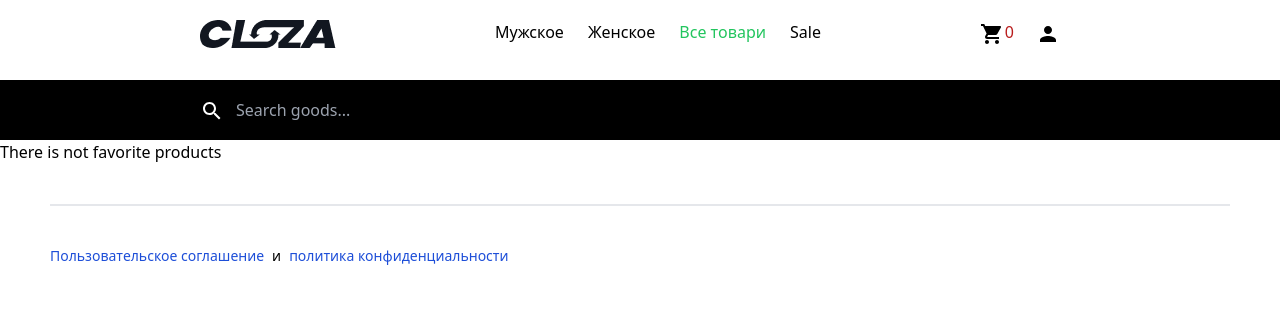
Repository: Ivan-Dovgoniuk/clothes-shop-front-end
Page: /favorite
An editor plug-in stored every save of this project. The page is shown before and after the next save, followed by the edit.
The browser window is 1280 px wide. The pictures show the whole page.
The page's requests for data from a server got no answer. The project was rebuilt for these pictures with package versions that can differ from the ones it lists, and the page was loaded fresh each time. No one was signed in, and anything a server would have sent is missing. Also part of the build but not shown: src/hooks/checkProductStatus.hook.ts, src/hooks/productStatusEditor.hook.ts, src/Components/ProductItem/ProductItem.tsx, src/Pages/ProductPage/components/Products/Products.tsx, src/Pages/CategoriesPage/components/SideBarFilters/CategoryFilter.tsx, src/Pages/CategoriesPage/components/SideBar/SideBarMobile.tsx, src/Pages/CategoriesPage/components/SideBar/SideBar.tsx, src/Pages/CategoriesPage/Categories.tsx and 17 more. Imported but missing from the stored project, and not drawn on this page: src/Pages/CategoriesPage/components/SideBarFilters/ColorFilter, src/Pages/CategoriesPage/components/SideBarFilters/PriceFilter, src/Pages/CategoriesPage/components/SideBarFilters/SizeFilter.

Above is the page before, as saved 2023-01-18 18:47:40.

### src/App.tsx
import Footer from './Components/Footer/Footer';
import Header from './Components/Header/Header';
import Categories from './Pages/CategoriesPage/Categories';
import Home from './Pages/HomePage/Home';
import ProductPage from './Pages/ProductPage/ProductPage';
import Cart from './Pages/CartPage/Cart'

import { Routes, Route } from 'react-router-dom';
import AddProductPage from './Pages/AddProductPage/AddProductPage';
import { useEffect} from 'react';
import { useDispatch, useSelector } from 'react-redux';
import { AppDispatch, RootState } from './store';
import { getUser } from './slices/userSlice';
import { useAddFullCartMutation} from './api/userApi';
import AuthController from './HOC/AuthController';
import FavoriteProducts from './Pages/FavoriteProductsPage/FavoriteProducts';



function App() {

    const auth = useSelector((state:RootState)=>state.user.auth)
    const dispatch = useDispatch<AppDispatch>();
    const cart = useSelector((state:RootState)=>state.user.cart)

    const [addFullCart] = useAddFullCartMutation()


    useEffect(()=>{
      if(auth){
        dispatch(getUser())
        if(cart.length !==0){
          addFullCart({products_id:cart})
        }
      }
    },[auth])

  return (
    <>
      <Header/>
      <Routes>
        <Route path='/' element={<Home/>}/>
        <Route path='/categories' element={<Categories/>}/>
        <Route path='/product/:id' element={<ProductPage/>}/>
        <Route path='/cart' element={

                  <AuthController>
                      <Cart/>
                  </AuthController>
        }/>
        <Route path='/addproduct' element={<AddProductPage/>}/>
        <Route path='/favorite' element={<FavoriteProducts/>}/>
      </Routes>
      <Footer/>
    </>

  );
}

export default App;

### src/store/index.ts
import { configureStore } from '@reduxjs/toolkit';
import  products  from '../slices/productsSlice';
import  user  from '../slices/userSlice';
import { productsApi } from '../api/productsApi';
import { userApi } from '../api/userApi';

export type RootState = ReturnType<typeof store.getState>
export type AppDispatch = typeof store.dispatch

const store = configureStore({
    reducer: {products,user,[productsApi.reducerPath]: productsApi.reducer,[userApi.reducerPath]: userApi.reducer},
    middleware: getDefaultMiddleware => getDefaultMiddleware().concat(productsApi.middleware).concat(userApi.middleware),
})
export default store;

### src/Components/Footer/Footer.tsx
import React from 'react'
import { Link } from 'react-router-dom'

export default function Footer() {
  return (
    <div className='container'>
        <p className='mt-10 border-t-2 pt-10 text-xs sm:text-sm mb-10'>
            <span className='mr-2  text-blue-700'>
                <Link to="">
                    Пользовательское соглашение
                </Link>
            </span>
            <span>
                и
                <Link to="" className='ml-2 text-blue-700' >
                  политика конфиденциальности
                </Link>
            </span>
        </p>
    </div>
  )
}

### src/api/userApi.tsx
import { createApi, fetchBaseQuery } from '@reduxjs/toolkit/query/react'

export const userApi = createApi({
  reducerPath: 'userApi',
  baseQuery: fetchBaseQuery({ baseUrl: 'http://localhost:5000/' }),
  endpoints: (builder) => ({
    sendToCart: builder.mutation({
      query: (body) => ({
        url: '/addToCart',
        method: 'POST',
        body,
        headers:{
          'Content-Type':'application/json',
          "Authorization":`Bearer ${localStorage.getItem('token')}`
        },
      }),
  }),
  deleteFromCart: builder.mutation({
    query: (body) => ({
      url: '/removeFromCart',
      method: 'POST',
      body,
      headers:{
        'Content-Type':'application/json',
        "Authorization":`Bearer ${localStorage.getItem('token')}`
      },
    }),
  }),
  removeFullCart: builder.mutation({
    query: (body) => ({
      url: '/removeFullCart',
      method: 'POST',
      body,
      headers:{
        'Content-Type':'application/json',
        "Authorization":`Bearer ${localStorage.getItem('token')}`
      },
    }),
  }),
  addFullCart: builder.mutation({
    query: (body) => ({
      url: '/addFullCart',
      method: 'POST',
      body,
      headers:{
        'Content-Type':'application/json',
        "Authorization":`Bearer ${localStorage.getItem('token')}`
      },
    }),
  }),
  addToFavoriteProducts: builder.mutation({
    query: (body) => ({
      url: '/addFavoriteProduct',
      method: 'POST',
      body,
      headers:{
        'Content-Type':'application/json',
        "Authorization":`Bearer ${localStorage.getItem('token')}`
      },
    }),
  }),
  deleteFromFavoriteProducts: builder.mutation({
    query: (body) => ({
      url: '/removeFromFavorite',
      method: 'POST',
      body,
      headers:{
        'Content-Type':'application/json',
        "Authorization":`Bearer ${localStorage.getItem('token')}`
      },
    }),
  }),
  getFavorite: builder.query<any,{products_id:string[]}>({
    query: (arg) => ({
      url:`/getFavorite?products_id=${arg.products_id}`,
      headers:{
        'Content-Type':'application/json',
        "Authorization":`Bearer ${localStorage.getItem('token')}`
      }
    })
  })
})
})
export const {
  useSendToCartMutation,
  useDeleteFromCartMutation,
  useAddFullCartMutation,
  useRemoveFullCartMutation,
  useAddToFavoriteProductsMutation,
  useDeleteFromFavoriteProductsMutation,
  useGetFavoriteQuery
} = userApi;

### src/Pages/FavoriteProductsPage/FavoriteProducts.tsx
import { Skeleton } from '@mui/material'
import React from 'react'
import { useSelector } from 'react-redux'
import { useGetFavoriteQuery } from '../../api/userApi'
import { ProductItem , IProduct } from '../../Components/ProductItem/ProductItem'
import { RootState } from '../../store'

export default function FavoriteProducts() {

  const favoriteProducts = useSelector((state:RootState)=>state.user.favoriteProducts)

  const {data,isLoading,isFetching} = useGetFavoriteQuery({products_id:favoriteProducts})



  if(isLoading) return <p>Loading...</p>

  if(!data || !isLoading) return <p>There is not favorite products</p>


  return (
    <div className='container mt-10'>
        <div className='flex flex-col items-center sm:grid sm:grid-cols-3 sm:gap-6 lg:px-[150px] xl:grid-cols-5 mt-10'>
          { data.map(({
              name,
              _id,
              thumbnail,
              price,
              color,
              short_description,
              full_description,
              size,
              category,
              gender,
              sale,
              new_price,
              isNewProduct
            }:IProduct)=>{
                return(
                    <ProductItem
                      name={name}
                      _id={_id}
                      thumbnail={thumbnail}
                      price={price}
                      color={color}
                      short_description={short_description}
                      full_description={full_description}
                      size={size}
                      category={category}
                      gender={gender}
                      sale={sale}
                      new_price={new_price}
                      isNewProduct={isNewProduct}
                      isLoading={isLoading}
                      key={_id}/>
                )
            })
          }
        </div>
    </div>
  )
}

### src/slices/productsSlice.ts

import {createSlice} from "@reduxjs/toolkit";

type InitialState ={
    gender:string,
    sale:boolean
    searchField:string,
    category:string
}

 const initialState:InitialState = {
    gender:'',
    sale:false,
    searchField:'',
    category:''
}

const productsSlice = createSlice({
    name: 'products',
    initialState,
    reducers: {
        selectGender:(state,action:{payload:string})=>{
            state.gender = action.payload;
       },
       selectSale:(state,action:{payload:boolean})=>{
        state.sale = action.payload;
       },
       setSearchFieldGlobalState:(state,action:{payload:string})=>{
        state.searchField = action.payload;
       },
       setCategoryGlobalState:(state,action:{payload:string})=>{
        state.category = action.payload;
       },

    }
});

const {actions,reducer} = productsSlice;

export default reducer;
export const {
selectGender,
selectSale,
setSearchFieldGlobalState,
setCategoryGlobalState
 } = actions;

### src/api/productsApi.tsx
import { createApi, fetchBaseQuery } from '@reduxjs/toolkit/query/react'

export const productsApi = createApi({
  reducerPath: 'productsApi',
  baseQuery: fetchBaseQuery({ baseUrl: 'http://localhost:5000/' }),
  endpoints: (builder) => ({
    getProducts: builder.query<any,{limit?:Number,page?:Number,gender?:String,size?:String[],color?:String,categoryQuery?:string,price?:Number[],isNewProduct?:Boolean,sale?:Boolean,searchField?:string}>({
      query: (arg) => `getProducts?limit=${arg.limit}&page=${arg.page}&gender=${arg.gender}&size=${arg.size}&color=${arg.color}&category=${arg.categoryQuery}&price=${arg.price}&isNewProduct=${arg.isNewProduct}&sale=${arg.sale}&searchField=${arg.searchField}`
    }),
    getProduct: builder.query({
      query: (id) => `getProduct/${id}`
    }),
    getProductBySearchField: builder.query<any,{searchField:string}>({
      query: (arg) => `getProductBySearchField?searchField=${arg.searchField}`
    }),
    addProduct: builder.mutation({
      query: (body) => ({
        url: '/addProduct',
        method: 'POST',
        body,
        headers: {
        },
      }),
  }),
})
})
export const {
  useGetProductsQuery,
  useAddProductMutation,
  useGetProductQuery,
  useGetProductBySearchFieldQuery
} = productsApi;

### src/Components/UserAccountMenu/UserAccounMenu.tsx
import React from 'react';
import { useDispatch } from 'react-redux';
import {Link} from 'react-router-dom'

import { logOut } from '../../slices/userSlice';

import Button from '@mui/material/Button';
import Menu from '@mui/material/Menu';
import MenuItem from '@mui/material/MenuItem';
import PersonIcon from '@mui/icons-material/Person';







export default function UserAccountMenu() {

  const dispatch = useDispatch()

  const [anchorEl, setAnchorEl] = React.useState<null | HTMLElement>(null);
  const open = Boolean(anchorEl);

  const handleClick = (event: React.MouseEvent<HTMLButtonElement>) => {
    setAnchorEl(event.currentTarget);
  };
  const handleClose = () => {
    setAnchorEl(null);
  };

  const onLogOut =()=> {
    dispatch(logOut())
  }

  return (
    <div>
      <Button
        id="basic-button"
        style={{padding:0}}
        aria-controls={open ? 'basic-menu' : undefined}
        aria-haspopup="true"
        aria-expanded={open ? 'true' : undefined}
        onClick={handleClick}
      >
        <PersonIcon sx={{ color: "black" }}/>
      </Button>
      <Menu
        id="basic-menu"
        anchorEl={anchorEl}
        open={open}
        onClose={handleClose}
        MenuListProps={{
          'aria-labelledby': 'basic-button',
        }}
      >
        <MenuItem onClick={handleClose}>My orders</MenuItem>
        <MenuItem onClick={handleClose}><Link to="/addproduct">Add product</Link></MenuItem>
        <MenuItem onClick={handleClose}><Link to="/favorite">My favorite products</Link></MenuItem>
        <MenuItem onClick={()=>{handleClose();onLogOut()}}>Logout</MenuItem>
      </Menu>
    </div>
  );
}

### src/Components/BurgerMenu/BurgerMenu.tsx
import { Toolbar } from '@mui/material'
import IconButton from '@mui/material/IconButton';
import MenuIcon from '@mui/icons-material/Menu';
import Menu from '@mui/material/Menu';
import MenuItem from '@mui/material/MenuItem';
import React, { useState } from 'react'
import { useDispatch, useSelector } from 'react-redux';
import { RootState } from '../../store';
import { Link } from 'react-router-dom';
import { useHeaderFilters } from '../../hooks/headerFilters.hook';

export default function BurgerMenu() {


const [anchorEl, setAnchorEl] = React.useState<null | HTMLElement>(null);
  const open = Boolean(anchorEl);
  const handleClick = (event: React.MouseEvent<HTMLButtonElement>) => {
    setAnchorEl(event.currentTarget);
  };
  const handleClose = () => {
    setAnchorEl(null);
  };

    const sale = useSelector((state:RootState) => state.products.sale)

    const {onSale,onGender,onAllProducts}=useHeaderFilters(sale)

  return (
    <>
        <Toolbar sx={{padding:'0',maxWidth:'50px',width:100,display:"flex",justifyContent:"center",alignItems:'center',minHeight:0}}>
            <IconButton
                size="large"
                edge="start"
                color="inherit"
                aria-label="menu"
                sx={{ mr: 2,p:0 }}
                onClick={handleClick}
            >
                <MenuIcon />
            </IconButton>
        </Toolbar>
        <Menu
            id="basic-menu"
            anchorEl={anchorEl}
            open={open}
            onClose={handleClose}
            MenuListProps={{
            'aria-labelledby': 'basic-button',
            }}
        >
            <MenuItem onClick={handleClose}>

                        <Link to="/categories" onClick={(e)=>onGender(e.currentTarget.innerText)}>
                            Мужское
                        </Link>

            </MenuItem>
            <MenuItem onClick={handleClose}>

                        <Link to="/categories" onClick={(e)=>onGender(e.currentTarget.innerText)}>
                            Женское
                        </Link>

            </MenuItem>
            <MenuItem onClick={handleClose}>

                        <Link to="/categories" onClick={onAllProducts}>
                            Все товари
                        </Link>

            </MenuItem>
            <MenuItem onClick={handleClose}>

                        <Link to='/categories' className='text-red-700' onClick={onSale}>
                            Sale
                        </Link>

            </MenuItem>
        </Menu>
    </>



  )
}

### src/Components/Search/Search.tsx
import React, { useState } from 'react'
import SearchIcon from '@mui/icons-material/Search';
import { Link,useNavigate } from 'react-router-dom';
import { useGetProductBySearchFieldQuery } from '../../api/productsApi';
import { useDispatch } from 'react-redux';
import { setSearchFieldGlobalState } from '../../slices/productsSlice';


type SearchProps = {
  searchField:string,
  setSearchField:React.Dispatch<React.SetStateAction<string>>
}

type SearchItem = {
  name:string,
  _id:string
}

export default function Search({searchField,setSearchField}:SearchProps) {

  const {data=[],error,isLoading} = useGetProductBySearchFieldQuery({searchField})
  const dispatch = useDispatch();
  const navigate = useNavigate();
  const [searchWindowVisibility,setSearchWindowVisibility] = useState<boolean>(true)

  const closeSearchWindow = ()=>{
    document.body.addEventListener('click',(e)=>{
        const element = e.target as HTMLElement
        if(element.tagName !== 'INPUT'){
          setSearchWindowVisibility(false)
        }
    })
  }
  closeSearchWindow()

  const onSearchButton = (e:React.MouseEvent) =>{
    e.preventDefault()
    if(searchField){
      dispatch(setSearchFieldGlobalState(searchField))
      navigate('/categories')
    }else alert('Введите поисковий запрос')
  }

  return (
    <div className={"h-[60px] w-full bg-black flex items-center"}>
        <div className="container lg:px-[200px]">
            <form className={"flex items-center relative"}>
                <button className={"mr-3"} type="submit" onClick={(e)=>{onSearchButton(e)}}>
                    <SearchIcon sx={{color:"white"}}/>
                </button>
                <input type="text"
                       value = {searchField}
                       className={"bg-black w-full text-white"}
                       placeholder="Search goods..."
                       onChange={(e)=>setSearchField(e.currentTarget.value)} onFocus={(e)=>setSearchWindowVisibility(true)}/>
                { searchField.length>2 &&
                <div className={`${!searchWindowVisibility && 'hidden' } flex-col absolute w-[500px] max-h-[250px] bg-white text-black top-11 left-9 z-20 overflow-auto`}>
                  <ul>
                  { data.map((item:SearchItem)=>{
                      return(
                        <Link to={`product/${item._id}`} key={item._id}>
                          <li className='hover:bg-gray-200 p-2'>
                              {item.name}
                          </li>
                        </Link>
                      )
                    })
                  }
                  </ul>
                </div>
                }
            </form>
        </div>
    </div>
  )
}

### src/hooks/productsSelector.hook.ts
import { useSelector } from "react-redux"
import { RootState } from "../store"


export const useProductsSelector = ()=>{
    return useSelector((state:RootState)=>state.products)

}

### src/hooks/userSelector.hook.ts
import { useSelector } from "react-redux"
import { RootState } from "../store"


export const useUserSelector = ()=>{
    return useSelector((state:RootState)=>state.user)

}

### src/hooks/headerFilters.hook.ts
import { useDispatch } from "react-redux"
import { selectGender, selectSale } from "../slices/productsSlice"

export const useHeaderFilters=(sale:boolean)=>{

    const dispatch = useDispatch()

    const onGender = (gender:string)=>{
        console.log(gender)
        if(gender == 'Мужское')
        dispatch(selectGender('male'))
        else
        dispatch(selectGender('female'))
    }
    const onSale = ()=>{
        dispatch(selectSale(!sale))
    }
    const onAllProducts =()=>{
        dispatch(selectGender(''))
    }

    return {onGender,onSale,onAllProducts}
}

### src/hooks/http.hook.ts
const clientURL = process.env.NODE_ENV === 'development' ? process.env.REACT_APP_DEV_CLIENT_URL : process.env.REACT_APP_PRO_CLIENT__URL

export const useHttp = () => {

    const request = async (url:string, method = 'GET', body:BodyInit | null | undefined = null, headers:HeadersInit = {'Content-Type': 'application/json'}) => {

        try {
            const response = await fetch(url, {method, body, headers});
            if (!response.ok) {
                const error = await response.json();
                alert(error.message)
                if(error.redirect){
                    window.location.assign(`${clientURL}/login`);
                    localStorage.removeItem('token')
                }
            }
            const data = await response.json();
            return data;
        } catch(e) {
            throw e;
        }
    };

    return {request}
}

### src/Components/LoginForm/LoginForm.tsx
import React, { FC, useEffect, useState } from 'react'
import { Link, redirect } from 'react-router-dom';
import { useDispatch} from 'react-redux';

import { AppDispatch} from '../../store';
import { loginUser } from '../../slices/userSlice';

import { useUserSelector } from '../../hooks/userSelector.hook';

import ClearIcon from '@mui/icons-material/Clear';

type LoginFormProps ={
    showLoginForm:boolean
    onCloseForm:Function
    onShowRegistrationForm:Function
    showRegistrationForm:boolean
}

export const LoginForm:FC<LoginFormProps> = ({showLoginForm,onCloseForm,onShowRegistrationForm,showRegistrationForm}) => {

    const auth = useUserSelector()

    const [email,setEmail] = useState<string>('')
    const [password,setPassword] = useState<string>('')

    const dispatch = useDispatch<AppDispatch>();

    const onLogin = (e:React.MouseEvent)=>{
            e.preventDefault()
            if(password){
                dispatch(loginUser({email,password}))
            }else alert('Введите пароль')
    }

    useEffect(()=>{
            setEmail('')
            setPassword('')
            onCloseForm()
            redirect('/')
    },[auth])


  return (
    <div className={`${!showLoginForm || showRegistrationForm ? 'hidden' : ''}`}>
        <div className='fixed z-20 w-full h-full bg-[Silver] opacity-50'>
       </div>
        <form className='max-w-[560px] w-full min-h-[500px] bg-white fixed z-30 top-[-10%] left-[50%] translate-x-[-50%] translate-y-[50%] rounded-2xl p-3'>
            <div className='flex flex-col'>
                <div className="flex justify-center w-full relative">
                    <p className='font-bold text-2xl'>Вход</p>
                    <div className='absolute right-2 top-1 cursor-pointer' onClick={()=>onCloseForm()}>
                        <ClearIcon/>
                    </div>
                </div>
            </div>
            <div className='flex flex-col gap-2 p-3'>
                <label htmlFor="email">
                    E-mail
                </label>
                <input type="email"
                       name="email"
                       placeholder='E-mail'
                       value={email}
                       className='border-2 rounded-lg min-h-[50px] pl-3'
                       onChange={(e)=>setEmail(e.currentTarget.value)}/>
            </div>
            <div className='flex flex-col gap-2 p-3'>
                <label htmlFor="password">
                    Пароль
                </label>
                <input type="password"
                       name="password"
                       placeholder='Пароль'
                       value={password}
                       className='border-2 rounded-lg min-h-[50px] pl-3'
                       onChange={(e)=>setPassword(e.currentTarget.value)}/>
            </div>
            <div className="flex justify-center mb-5">
                <button className='w-[185px] h-[50px] bg-[#7984C0] rounded-lg'
                        onClick={(e)=>onLogin(e)}>
                   Войти
                </button>
            </div>
            <div className='flex justify-center'>
                <p className='text-sm font-thin whitespace-nowrap'><span>У вас еще нет аккаунта?</span><Link to="" onClick={()=>onShowRegistrationForm()} className='text-[blue]'> Пройдите процесс регистрации</Link></p>
            </div>
        </form>
    </div>

  )
}

Loaded but not shown: public/index.html (common file); src/index.tsx (common file); src/index.css (common file); tailwind.config.js (21 lines, source omitted); src/Components/RegistrationForm/RegistrationForm.tsx (122 lines, source omitted); src/slices/userSlice.ts (136 lines, source omitted); src/Components/Header/Header.tsx (90 lines, source omitted)

After the next save:
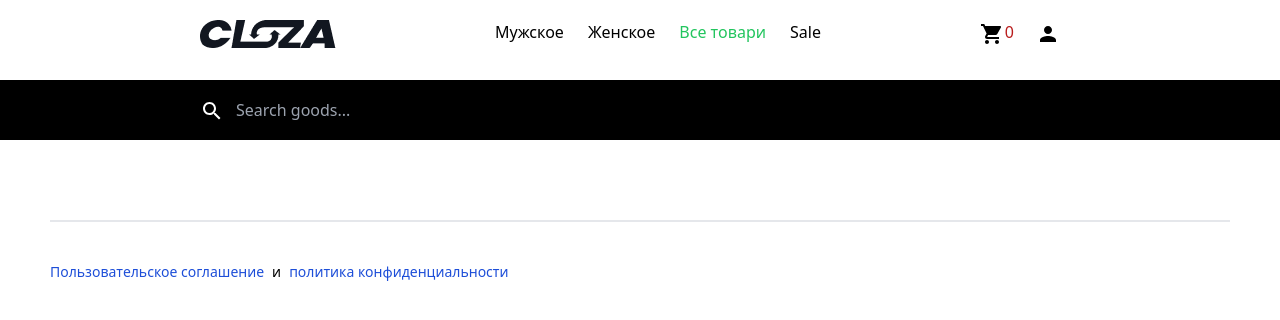
Saved 28 s later.
--- a/src/Pages/FavoriteProductsPage/FavoriteProducts.tsx
+++ b/src/Pages/FavoriteProductsPage/FavoriteProducts.tsx
@@ -9,13 +9,13 @@
 
   const favoriteProducts = useSelector((state:RootState)=>state.user.favoriteProducts)
 
-  const {data,isLoading,isFetching} = useGetFavoriteQuery({products_id:favoriteProducts})
+  const {data=[],isLoading,isFetching} = useGetFavoriteQuery({products_id:favoriteProducts})
 
 
 
   if(isLoading) return <p>Loading...</p>
 
-  if(!data || !isLoading) return <p>There is not favorite products</p>
+  if(!data) return <p>There is not favorite products</p>
 
 
   return (

After the save that followed:
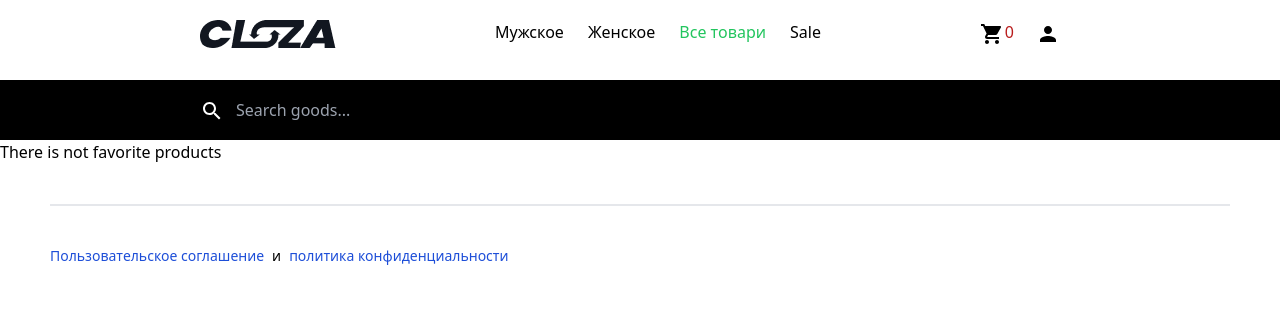
Saved 16 s later.
--- a/src/Pages/FavoriteProductsPage/FavoriteProducts.tsx
+++ b/src/Pages/FavoriteProductsPage/FavoriteProducts.tsx
@@ -15,7 +15,7 @@
 
   if(isLoading) return <p>Loading...</p>
 
-  if(!data) return <p>There is not favorite products</p>
+  if(!data.length) return <p>There is not favorite products</p>
 
 
   return (
